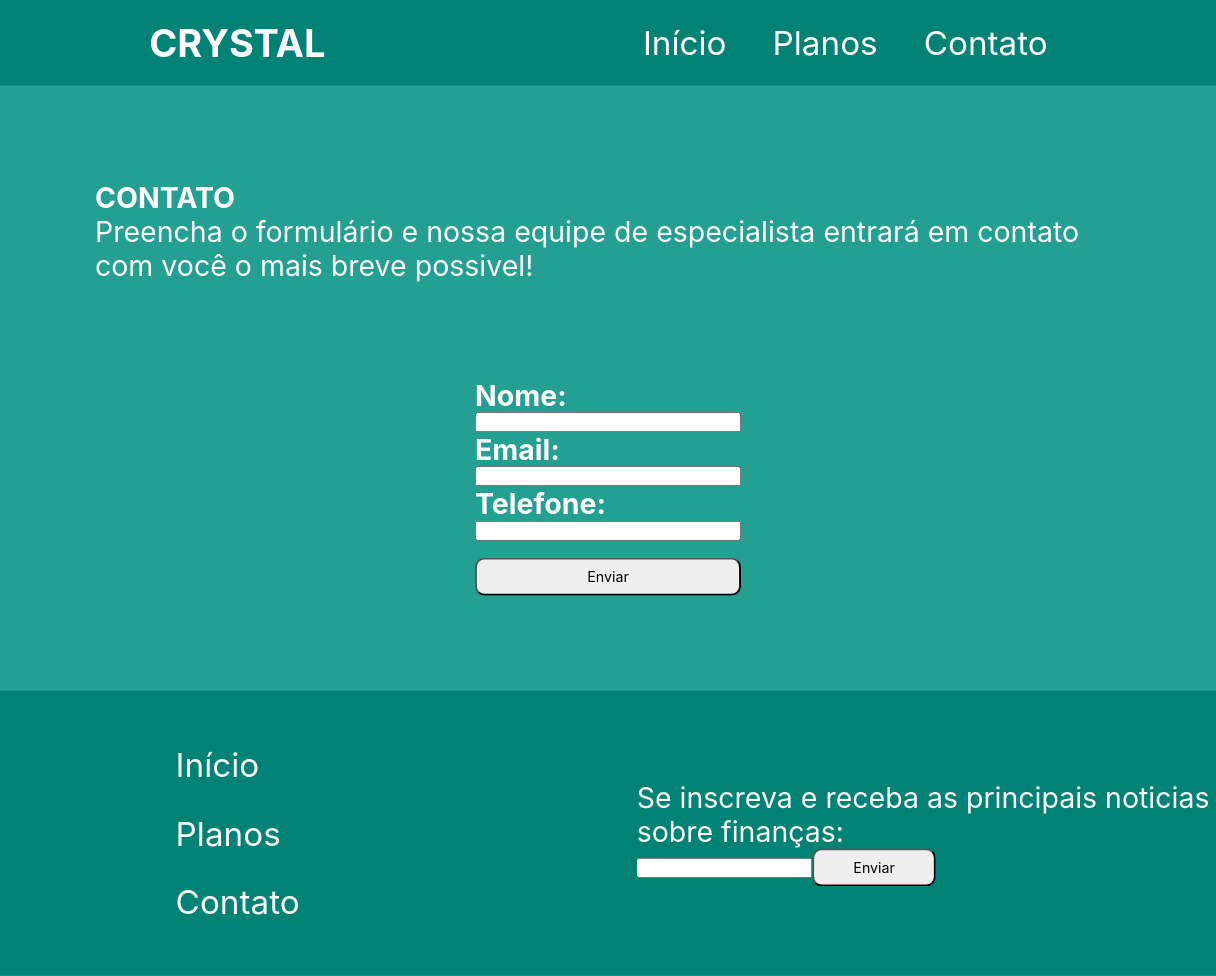
Repository: Matheus904-12/Crystallize
Page: contato.html
These files come from the project's save history. The page is drawn as it stood at one moment and after a run of saves; the edit follows.
The browser window is 1280 px wide. The pictures show the whole page, at 95% of full size.
Some web fonts or font styles are not loaded; a fallback is used.

Above is the page before, as saved 2023-07-24 21:26:31.

### contato.html
<!DOCTYPE html>
<html lang="pt-br">

<head>
    <meta charset="UTF-8">
    <meta name="viewport" content="width=device-width, initial-scale=1.0">

    <title>Crystal</title>

    <link rel="stylesheet" href="Style.css">
    <link rel="stylesheet" href="background.css">

</head>

<body>

    <header id="header">

        <h1 class="textoBranco logo">
            CRYSTAL
        </h1>

        <div class="textoBranco links">
            <a href="index.html" class="paginas">Início</a>
            <a href="index.html" class="paginas">Planos</a>
            <a href="#header" class="paginas">Contato</a>
        </div>

    </header>

    <body>

        <section class="caixa">

            <div class="comoContatar">
                <h2 class="textoBranco">CONTATO</h2>
                <p class="textoBranco">Preencha o formulário e nossa equipe de especialista entrará em contato com você
                    o
                    mais breve possivel!</p>
            </div>

            <div class="info">
                <h2 class="textoBranco">
                    Nome:
                </h2>
                <input class="email" type="text">

                <h2 class="textoBranco">
                    Email:
                </h2>
                <input class="email" type="email">

                <h2 class="textoBranco">
                    Telefone:
                </h2>
                <input class="email" type="number">

                <br>

                <button id="enviar">Enviar</button>
            </div>
        </section>

        <footer>
            <div class="textoBranco coluna">
                <a href="index.html" class="paginasVertical">Início</a>
                <a href="index.html" class="paginasVertical">Planos</a>
                <a href="#header" class="paginasVertical">Contato</a>
            </div>

            <div id="inscrever">
                <div class="coluna">
                    <p class="textoBranco" id="inscricao">Se inscreva e receba as principais noticias sobre finanças:
                    </p>
                    <br>
                    <br>
                    <br>
                    <br>
                    <div class="inscreverse">
                        <input class="email" type="email">

                        <button id="enviar2">Enviar</button>
                    </div>
                </div>
            </div>
        </footer>
    </body>

</html>

### style.css
/* RESET */

* {
    margin: 0;
}

/* FIM RESET */

/* PADRAO */

@font-face {
    font-family: "inter";
    src: url(atributos/fontInter/Inter-VariableFont_slnt\,wght.ttf);
}

h2 {
    font-size: 35px;
    font-family: "inter";
}

.textoBranco {
    font-family: "inter";
    color: #fff;
    font-size: 30px;
}

.textoPadrao {
    font-family: "inter";
    font-size: 30px;
}

html {
    scroll-behavior: smooth;
}

/* FIM PADRAO */


/* HEADER */

#header {
    background-color: #008374;
    width: 100vw;
    height: 90px;

    display: flex;
    justify-content: space-around;
    align-items: center;

}

.logo {
    font-size: 40px;
    color: #fff;
  }



.paginas {
    font-size: 35px;
    color: #fff;
    text-decoration: none;
    padding: 0px 20px;
}

/* FIM HEADER */

/* DESTAQUE */

.destaque {
    display: flex;
    align-items: center;
    justify-content: space-around;
    width: 100vw;
    height: 560px;

    background-color: #23A092;
}

#titulo {
    font-family: "inter";
    font-size: 35px;

}

/* FIM DESTAQUE*/










/* PLANOS */

.planosOpc {
    position: absolute;
    display: flex;
    width: 100px;
    height: 200px;
    font-size: 18px;
    flex-wrap: wrap;
  }

  .planoTitulo {
    font-size: 24px;
    margin-top: 5px;
    padding: 0px 50px 0px 68.5px;
  }

  .planoTexto {
    padding: 0px 68.5px 0px 68.5px;
    font-size: 18px;
  }
/* FIM PLANOS */

/* OPCOES */

.opcoes {
    padding: 100px 0px;
    width: 100vw;
    display: flex;
    justify-content: space-around;
    text-align: center;
}

.faixa {
    width: 500px;
    height: 50px;

    background-color: #FF912D;
}

.faixaBasic {
    width: 500px;
    height: 50px;

    background-color: #F6A256;
}



.basic {
            background-color: #EDECEC;

            width: 500px;
            height: 650px;

            display: flex;
            justify-content: center;
            flex-direction: column;

            filter: drop-shadow(1px 0px 5px #000000);

        }

.desativado {
    color: #959292;
}

.premium {
            background-color: #EDECEC;

            width: 500px;
            height: 650px;

            display: flex;
            justify-content: center;
            flex-direction: column;

            filter: drop-shadow(1px 0px 5px #000000);
        }
/* FIM OPCOES */
/* RODAPE */

footer {
    width: 100vw;
    height: 300px;

    display: flex;
    align-items: center;
    justify-content: space-around;

    background-color: #008374;
}

 .coluna {
    display: flex;
    flex-direction: column;}


.paginasVertical {
    padding: 15px;
    font-size: 35px;
    color: #fff;
    text-decoration: none;
}

#inscrever {
    width: 440px;
    height: 300px;

    flex-direction: column;
    display: flex;
    align-content: center;
    justify-content: space-around;

}

#inscricao {
    position: absolute;
}

#email {
    width: 400px;
    height: 40px;
    border-radius: 10px;
}

#enviar {
    width: 130px;
    height: 40px;
    border-radius: 10px;
    font-size: 15px;
    font-family: "inter";
}

.inscreverse {
    display: flex;
    align-items: center;
}
/*Caxinhas*/
.box {
    width: 200px;
    height: 145px;
    border: 1px solid black;
    padding: 15px;
    margin: 10px;
    margin-top: -50px;
    background-color: #FFF;
  }

  .box h1 {
    font-size: 20px;
    font-weight: bold;
  }

  .box p {
    color: #000;
    font-family: Inter;
    font-size: 19px;
    font-style: normal;
    font-weight: 400;
    line-height: normal;
    margin-top: 30px;
    text-align: center;
  }

  .box img {
    width: 50px;
    height: 50px;
    float:inline-start;
    margin-right: 10px;
    margin-top: 80px;
  }

  .boxes {
    display: flex;
    justify-content: space-around;
    align-items: center;
    padding: 90px;
    margin-top: -90px;
  }

  .box img {
    display: block;
    margin: 0 auto;
  }

  .box {
    display: inline-block;
  }

  /* INFORMACOES */

.info {
    display: flex;
    flex-direction: column;

    margin: 100px 500px

}

.comoContatar {
    margin: 100px 100px
}
/* FIM INFORMACOES */

### background.css
/* CAIXA FUNDO */

body {
    background-color: #23A092;
}
/* FIM FUNDO */

#enviar {
    width: 280px;
    height: 40px;
    border-radius: 10px;
    font-size: 15px;
    font-family: "inter";
}

#enviar2 {
    width: 130px;
    height: 40px;
    border-radius: 10px;
    font-size: 15px;
    font-family: "inter";
}

After the next 2 saves:
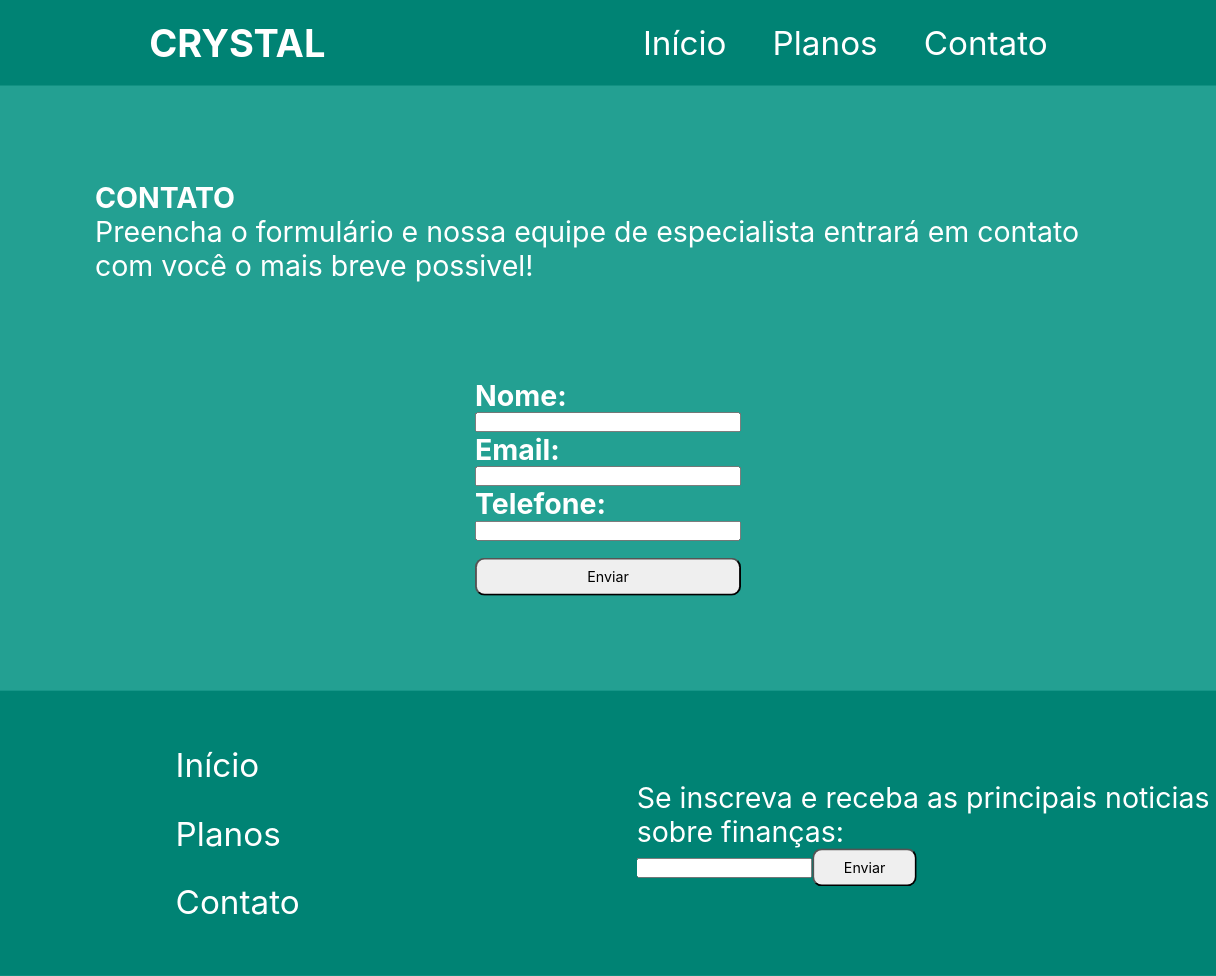
The 2 saves are shown as one change because they came seconds apart.
The last was saved 16 s later.
--- a/background.css
+++ b/background.css
@@ -14,7 +14,7 @@ body {
 }
 
 #enviar2 {
-    width: 130px;
+    width: 110px;
     height: 40px;
     border-radius: 10px;
     font-size: 15px;
